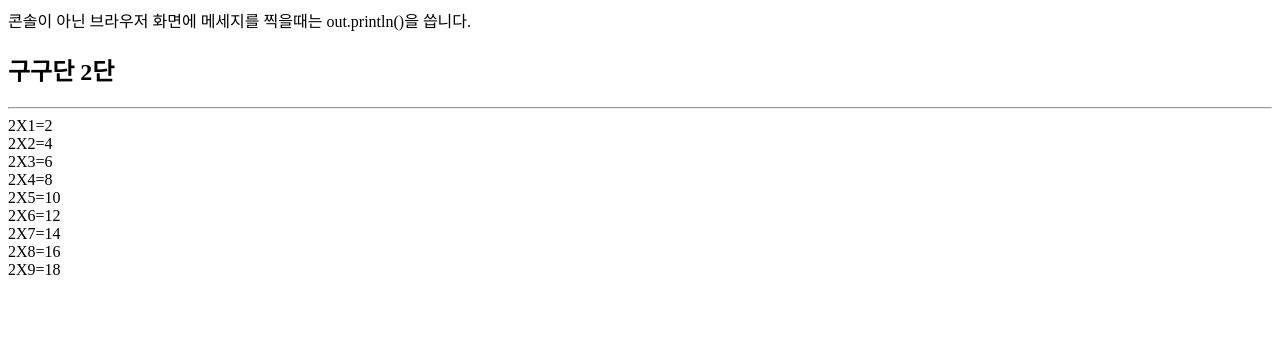
Repository: gowjd4419/jsp
Page: http://localhost/JSPBasic/jsptag/scriptlet.jsp
An editor plug-in stored every save of this project. The page is shown before and after the next save, followed by the edit.
The browser window is 1280 px wide. The pictures show the whole page.
The page is served by Tomcat 9.

Above is the page before, as saved 2022-03-22 11:33:16.

After the next save:
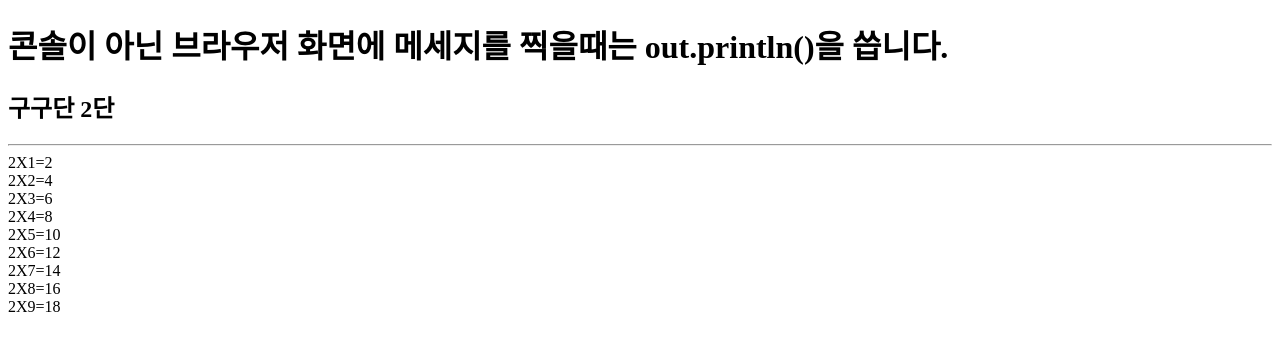
Saved 7 min 13 s later.
--- a/JSPBasic/src/main/webapp/jsptag/scriptlet.jsp
+++ b/JSPBasic/src/main/webapp/jsptag/scriptlet.jsp
@@ -7,15 +7,15 @@
 <title>Insert title here</title>
 </head>
 <body>
-    <% System.out.println("콘솔에 메세지를 찍을때는 System.out.println()을 씁니다.");
-    out.println("콘솔이 아닌 브라우저 화면에 메세지를 찍을때는 out.println()을 씁니다.");%>
+    <% System.out.println("<h1>콘솔에 메세지를 찍을때는 System.out.println()을 씁니다.</h1>");
+    out.println("<h1>콘솔이 아닌 브라우저 화면에 메세지를 찍을때는 out.println()을 씁니다.</h1>");%>
     <h2>구구단 2단</h2><hr>
     <%
        // 구구단 2단을 브라우저에 출력하기
        for(int i = 1; i <=9; i++){
             out.println(2+"X"+i+"="+i*2+"<br>");
        }
-    	   %>
+     %>
 
 </body>
 </html>
